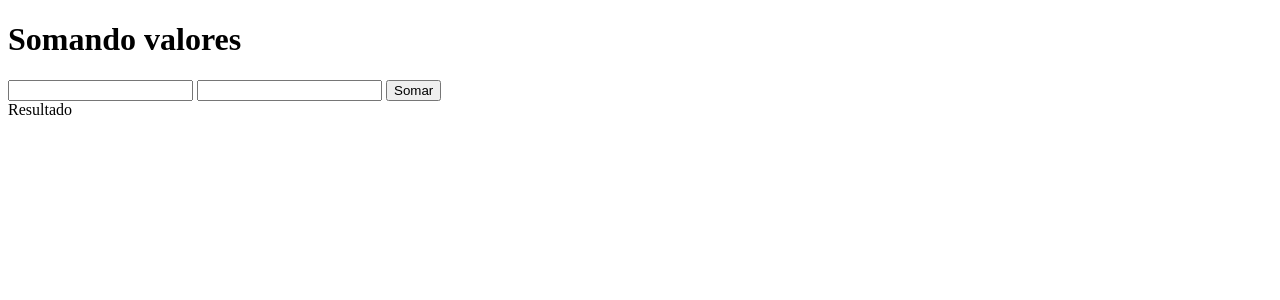
Repository: Iamjordana/Curso-JavaScript
Page: ex007/index.html
An editor plug-in stored every save of this project. The page is shown before and after a run of saves, followed by the edit.
The browser window is 1280 px wide. The pictures show the whole page.

Above is the page before, as saved 2025-02-17 13:41:42.

After the next 2 saves:
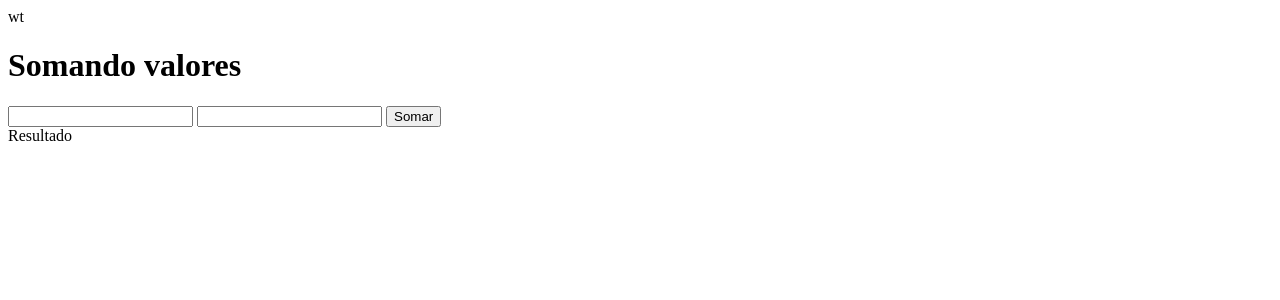
The 2 saves are shown as one change because they came seconds apart.
The last was saved 7 s later.
--- a/ex007/index.html
+++ b/ex007/index.html
@@ -4,6 +4,7 @@
     <meta charset="UTF-8">
     <meta name="viewport" content="width=device-width, initial-scale=1.0">
     <title>Somando Números</title>
+    wt
 </head>
 <body>
     <h1>Somando valores</h1>
@@ -20,7 +21,6 @@
             var n2 = Number(tn2.value)
             var s = n1 + n2
             res.innerHTML = `A soma entre ${n1} e ${n2} é igual a <strong>${s}</strong>`
-
         }
 
     </script>
